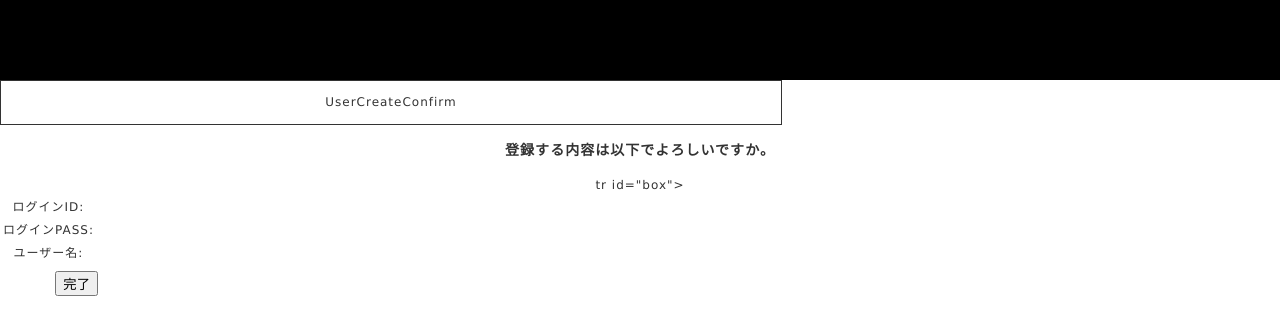
Repository: hiroaki-shishido/test2
Page: http://localhost/template/userCreateConfirm.jsp
The author's editor kept a copy of each file at every save. The page is drawn from the files as they stood at one save, then again after the next save.
The browser window is 1280 px wide. The pictures show the whole page.
The page is served by Tomcat 9.

Above is the page before, as saved 2018-11-21 10:43:54.

After the next save:
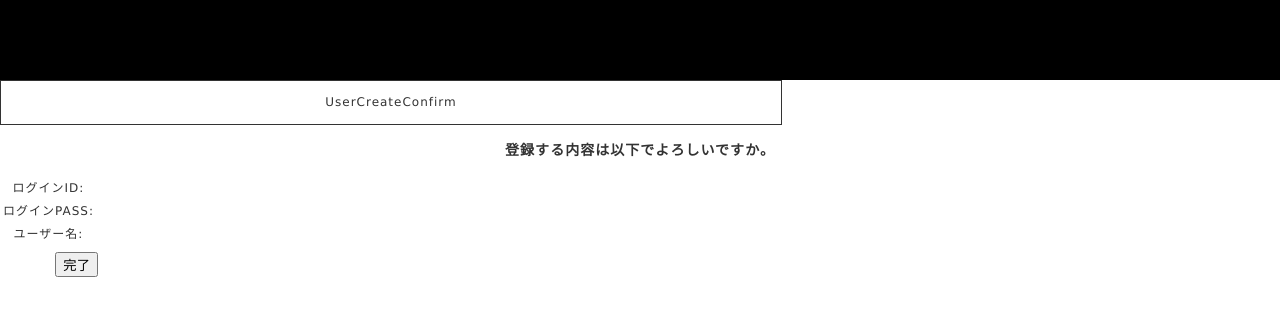
Saved 4 min 35 s later.
--- a/template/WebContent/userCreateConfirm.jsp
+++ b/template/WebContent/userCreateConfirm.jsp
@@ -82,7 +82,7 @@
 					<s:property value="loginPassword" escape="false" />
 				</td>
 			</tr>
-			tr id="box">
+			<tr id="box">
 					        <td>
 						   <label>ユーザー名:</label>
 					        </td>
